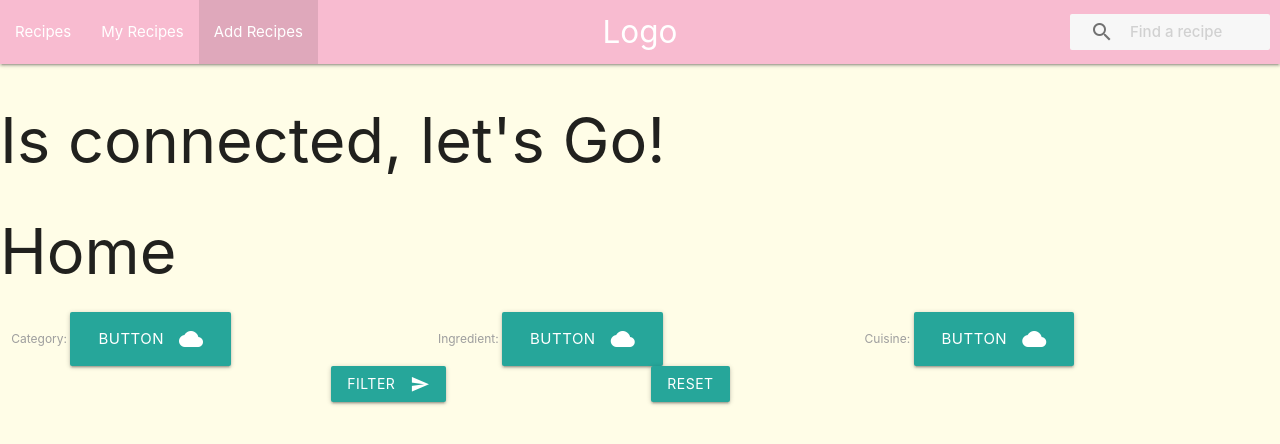
Repository: pazcm/cook-book
Page: templates/home.html
The author's editor kept a record of every edit. The page is drawn from the files as they stood at one moment, then again after the next edit.
The browser window is 1280 px wide. The pictures show the whole page.
Some web libraries are served in a nearby version. The page is served by the project's application, run on Flask 3 (app.py). The template is opened directly, without the code that normally fills it, so the values that code supplies are empty.

Above is the page before.

### templates/home.html
{% extends 'base.html' %}
{% block content %}
<h1>Home</h1>
    <div class="row">
        <form action="/list_recipes" class="form-container" method="POST">
    <div class="form-row form-row-one">
        <div class="col s12 offset-m4 l4 form-filter">
            <label for="category" class="category-filter">Category: </label>
                <a class="waves-effect waves-light btn-large"><i class="material-icons right">cloud</i>button</a>
        </div>
        <div class="col s12 offset-m4 l4 form-filter">
            <label for="category" class="category-filter">Ingredient: </label>
                <a class="waves-effect waves-light btn-large"><i class="material-icons right">cloud</i>button</a>
        </div>
        <div class="col s12 offset-m4 l4 form-filter">
            <label for="category" class="category-filter">Cuisine: </label>
                <a class="waves-effect waves-light btn-large"><i class="material-icons right">cloud</i>button</a>
        </div>
    </div>
        <!-- submit / reset -->
        <div class="form-row form-row-two">
            <div class="col s6 m6 offset-l3 l3">
                <button class="btn waves-effect waves-light" type="submit" name="action">Filter
                    <i class="material-icons right">send</i>
                </button>
            </div>
            <div class="col s6 m6 l3">
                <button class="btn waves-effect waves-light" href="{{url_for('list_recipes', recipes=recipes, category=category, ingredient=ingredient, cuisine=cuisine)}}">Reset</button>
            </div>
        </div>
    </form>
    </div>
{% endblock %}

### templates/base.html
<!DOCTYPE html>
<html lang="en">
<html>
    <head>
        <meta charset="UTF-8">
        <meta name="viewport" content="width=device-width, initial-scale=1.0">
        <meta http-equiv="X-UA-Compatible" content="ie=edge">
        <!-- fonts icons -->
        <link href="https://fonts.googleapis.com/icon?family=Material+Icons" rel="stylesheet">
        <link href="https://stackpath.bootstrapcdn.com/font-awesome/4.7.0/css/font-awesome.min.css">
        <!-- Materialize -->
        <link rel="stylesheet" href="https://cdnjs.cloudflare.com/ajax/libs/materialize/1.0.0/css/materialize.min.css">
        <!-- custom CSS -->
        <link rel="stylesheet" href="{{ url_for('static', filename='css/style.css') }}" type="text/css" />

        <title>Cook Book app</title>
    </head>
    <body>
        <!-- Header - Navigation bar -->
        <nav>
            <div class="nav-wrapper">
            <!--sidenav-->
                <ul id="slide-out" class="sidenav">
                    <li>
                        <div class="user-view">
                            <div class="background">
                                <img src="static/images/yellow-unsplash.jpg">
                            </div>
                            <a href="#user"><img class="circle" src="static/images/toa-unsplash.jpg"></a>
                            <a href="#name"><span class="white-text name">Mary Jane</span></a>
                            <a href="#email"><span class="white-text email">maryjane@example.com</span></a>
                        </div>
                    </li>
                    <li><a href="#!"><i class="material-icons">local_dining</i>Link Logo Cook Book</a></li>
                    <li>
                        <div class="divider"></div>
                    </li>
                    <li><a class="subheader">Browse</a></li>
                    <li><a class="waves-effect" href="#!">Recipes</a></li>
                    <li><a class="waves-effect" href="#!">My Recipes</a></li>
                    <li><a class="waves-effect" href="#!">Add Recipes</a></li>
                </ul>
                <a href="#" data-target="slide-out" class="sidenav-trigger"><i class="material-icons">menu</i></a>
                <!--end sidenav-->

                <!--navbar menu-->
                <a href="#" class="brand-logo center">Logo</a>
                <ul id="nav-mobile" class="left hide-on-med-and-down">
                    <li><a href="templates/recipes.html">Recipes</a></li>
                    <li><a href="templates/my-recipes.html">My Recipes</a></li>
                    <li class="active"><a href="templates/add-recipes.html">Add Recipes</a></li>
                </ul>
                <div class="search-box">
                        <form action="" class="browser-default right">
                            <input id="search-input" placeholder="Find a recipe" type="text" class="browser-default search-field" name="q" value="" autocomplete="off" aria-label="Search box">
                            <label for="search-input"><i class="material-icons search-icon active">search</i></label>
                      </form>
                </div>
            </div>
            <!--end navebar menu-->
        </nav>
        <h1>Is connected, let's Go!</h1>
        {% block content %}
        {% endblock %}


        <!-- jQuery-->
        <script src="https://cdnjs.cloudflare.com/ajax/libs/jquery/3.2.1/jquery.min.js"></script>
        <!-- Compiled and minified JavaScript -->
        <script src="https://cdnjs.cloudflare.com/ajax/libs/materialize/1.0.0/js/materialize.min.js"></script>

        <!-- Collapsible Sidenav  -->
        <script type="text/javascript">
             $(document).ready(function () {
                    $('.sidenav').sidenav();
                });
        </script>

        <!--search box-->
        <script type="text/javascript">
            /* hide when expanded*/
document.querySelector(".search-field").addEventListener("focus", function() {
  let hidden = document.querySelectorAll(".search-hide");

  for (let i = 0; i < hidden.length; ++i) {
    hidden[i].style.display = "none";
  }
});

/* show when expanded*/
document.querySelector(".search-field")
  .addEventListener("focusout", function() {
    let hidden = document.querySelectorAll(".search-icon");
    for (let i = 0; i < hidden.length; ++i) {
      hidden[i].style.display = "block";
    }
  });


        </script>
    </body>
</html>

### app.py
import os
from flask import Flask, render_template, redirect, request, url_for
from flask_pymongo import PyMongo
from bson.objectid import ObjectId

app = Flask(__name__)
app.config["MONGO_DBNAME"] = 'cook-book-db'
app.config["MONGO_URI"] = 'mongodb+srv://root:r00tUser@cluster2-6phdr.mongodb.net/cook-book-db?retryWrites=true&w=majority'

mongo = PyMongo(app)


@app.route('/')
@app.route('/get_recipe')
def get_recipe():
    return render_template("recipes.html", recipes=mongo.db.recipes.find())


if __name__ == '__main__':
    app.run(host=os.environ.get('IP'),
            port=int(os.environ.get('PORT')),
            debug=True)

### static/css/style.css
body {
  background-color: #fffde7;
}

nav .nav-wrapper {
  background-color: #f8bbd0;
  margin-right: 0;
}

/* search box */

nav .search-box {
  position: relative;
  height: 100%;
  margin-right: 10px;
}

input.search-field {
  width: 1px;
  margin-right: 0;
  padding: 10px 25px;
  font-weight: 500;
  color: rgba(0, 0, 0, 0.54);
  border-radius: 2px;
  border: 0;
  height: 36px;
  background: #f7f7f7;
  transition: background 0.2s, width .2s;
}

input.search-field:hover {
  background: #ebebeb;
}

input.search-field:focus {
  width: 100vw;
  padding: 8px 8px 8px 50px;
}

.search-icon {
  position: absolute;
  top: 0;
  padding-left: 15px;
  color: rgba(0, 0, 0, 0.54);
}



/* Media queries */
@media (min-width: 600px) {

  /* search box */

  input.search-field {
    padding: 8px 8px 8px 60px;
    width: 200px;
  }

  input.search-field:focus {
    width: 100%;

  }

  .search-icon {
    padding-left: 20px;
  }

}

After the next edit:
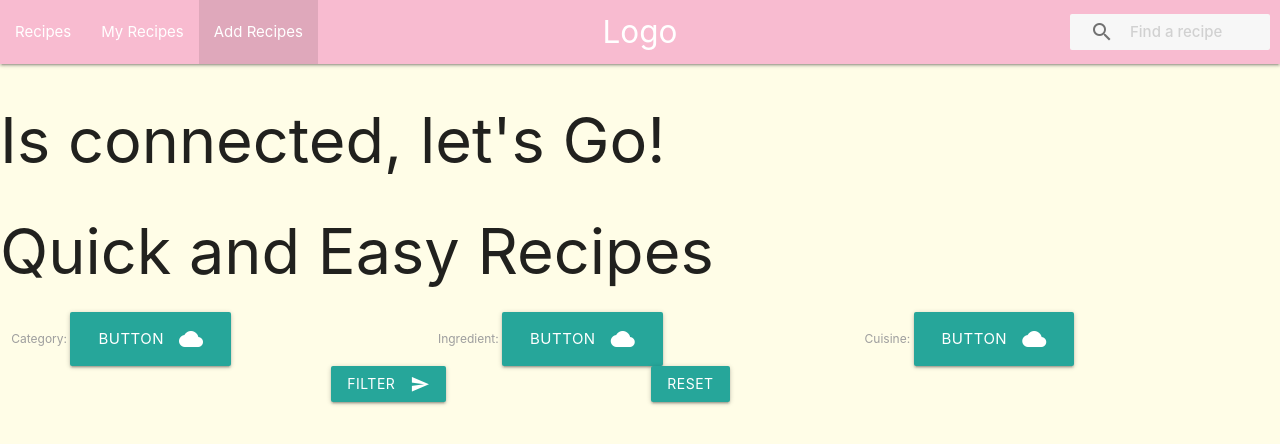
The edit:
--- a/templates/home.html
+++ b/templates/home.html
@@ -1,6 +1,6 @@
 {% extends 'base.html' %}
 {% block content %}
-<h1>Home</h1>
+<h1>Quick and Easy Recipes</h1>
     <div class="row">
         <form action="/list_recipes" class="form-container" method="POST">
     <div class="form-row form-row-one">
